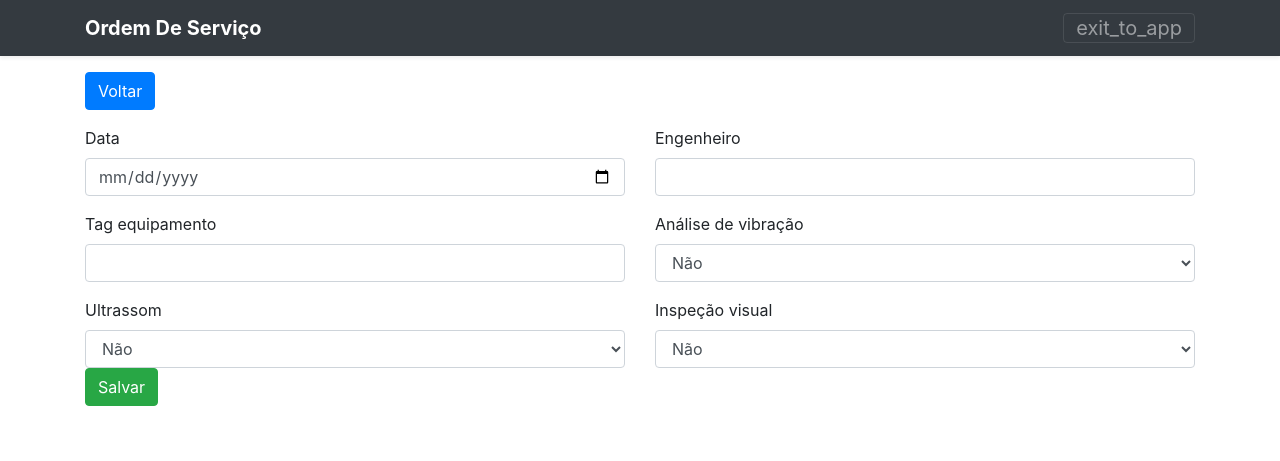
Repository: rodrigogermano/PGPARQ01C1.2N.P1.JAVA
Page: http://localhost/AppManutencaoMVC/WEB-INF/jsp/ordemdeservico/preditiva.jsp
An editor plug-in stored every save of this project. The page is shown before and after the next save, followed by the edit.
The browser window is 1280 px wide. The pictures show the whole page.
The page is served by Tomcat 9. Nobody is signed in. Other server files are loaded and not shown. The template is opened directly, without the code that normally fills it, so the values that code supplies are empty.

Above is the page before, as saved 2020-04-12 20:20:17.

### AppManutencaoMVC/AppManutencaoMVC/src/main/webapp/WEB-INF/jsp/ordemdeservico/preditiva.jsp
<%@ page language="java" contentType="text/html; charset=ISO-8859-1"
    pageEncoding="ISO-8859-1"%>
<%@ taglib prefix="spring" uri="http://www.springframework.org/tags"%>
<%@ taglib prefix='c' uri='http://java.sun.com/jsp/jstl/core' %>

<jsp:include page='../master/header.jsp'></jsp:include>
<jsp:include page='../master/menu.jsp'></jsp:include>

<div class="container mt-3">

	<div class="btn-toolbar" role="toolbar" aria-label="Toolbar with button groups">
		<a href="/solicitacao/${solicitacao.getId()}/detalhe">
			<div class="btn-group mb-3" role="group" aria-label="Third group">
		    	<button type="button" class="btn btn-primary">Voltar</button>
		  	</div>
	  	</a>
	</div>

	<form method="post" action="/solicitacao/preditiva">
		<input type="hidden" class="form-control" name="solicitacaoId" value="${solicitacao.getId()}">

		<div class="row">
			<div class="col-6">
				<div class="form-group">
			    	<label>Data</label>
			    	<input type="date" class="form-control" name="data">
			  	</div>
			</div>
			<div class="col-6">
				<div class="form-group">
			    	<label>Engenheiro</label>
			    	<input type="text" class="form-control" name="engenheiro">
			  	</div>
			</div>
		</div>

		<div class="row">
			<div class="col-6">
				<div class="form-group">
			    	<label>Tag equipamento</label>
			    	<input type="text" class="form-control" name="tagEquipamento">
			  	</div>
			</div>
			<div class="col-6">
				<div class="form-group">
			    	<label>Análise de vibração</label>
			    	<select class="form-control" name="analiseDeVibracao">
				      <option value="false" selected>Não</option>
				      <option value="true">Sim</option>
				    </select>
			  	</div>
			</div>
		</div>

		<div class="row">
			<div class="col-6">
				<label>Ultrassom</label>
				<select class="form-control" name="ultrassom">
			      <option value="false" selected>Não</option>
			      <option value="true">Sim</option>
			    </select>
			</div>
			<div class="col-6">
				<label>Inspeção visual</label>
				<select class="form-control" name="inspecaoVisual">
			      <option value="false" selected>Não</option>
			      <option value="true">Sim</option>
			    </select>
			</div>
		</div>

	  	<button type="submit" class="btn btn-success">Salvar</button>
	</form>


</div>
<jsp:include page='../master/footer.jsp'></jsp:include>

### AppManutencaoMVC/AppManutencaoMVC/src/main/webapp/WEB-INF/jsp/master/header.jsp
<%@ page language="java" contentType="text/html; charset=ISO-8859-1"
    pageEncoding="ISO-8859-1"%>
<%@ taglib prefix="spring" uri="http://www.springframework.org/tags"%>

<spring:url var="img" value="/resources/images"/>
<spring:url var="css" value="/resources/css"/>

<!DOCTYPE html>
<html>
<head>
<meta charset="ISO-8859-1">
<meta name="viewport" content="width=device-width, initial-scale=1, shrink-to-fit=no">
<link rel="stylesheet" href="https://stackpath.bootstrapcdn.com/bootstrap/4.4.1/css/bootstrap.min.css" integrity="sha384-Vkoo8x4CGsO3+Hhxv8T/Q5PaXtkKtu6ug5TOeNV6gBiFeWPGFN9MuhOf23Q9Ifjh" crossorigin="anonymous">
<link href="https://fonts.googleapis.com/icon?family=Material+Icons"
      rel="stylesheet">
<link rel='shortcut icon' type='image/x-icon' href='${img}/favicon.ico' />
<title>Infnet - Ordem de serviço</title>
</head>
<body>

### AppManutencaoMVC/AppManutencaoMVC/src/main/webapp/WEB-INF/jsp/master/menu.jsp
<%@ page language="java" contentType="text/html; charset=ISO-8859-1"
    pageEncoding="ISO-8859-1"%>
<header>
  <div class="navbar navbar-dark bg-dark shadow-sm">
    <div class="container d-flex justify-content-between">
      <a href="/home" class="navbar-brand d-flex align-items-center">
        <strong>Ordem De Serviço</strong>
      </a>
      <a href="/login">
	      <button class="navbar-toggler" type="button">
	        <span class="material-icons">
				exit_to_app
			</span>
	      </button>
      </a>
    </div>
  </div>
</header>

### AppManutencaoMVC/AppManutencaoMVC/src/main/webapp/WEB-INF/jsp/master/footer.jsp
<%@ page language="java" contentType="text/html; charset=ISO-8859-1"
    pageEncoding="ISO-8859-1"%>
<%@ taglib prefix="spring" uri="http://www.springframework.org/tags"%>

<spring:url var="js" value="/resources/js"/>



<script src="${js}/jquery.min.js"></script>
<script src="${js}/popper.min.js"></script>
<script src="${js}/bootstrap.min.js"></script>
</body>
</html>

Loaded but not shown: AppManutencaoMVC/AppManutencaoMVC/src/main/resources/static/js/jquery.min.js (library); AppManutencaoMVC/AppManutencaoMVC/src/main/resources/static/js/popper.min.js (library); AppManutencaoMVC/AppManutencaoMVC/src/main/resources/static/js/bootstrap.min.js (library)

After the next save:
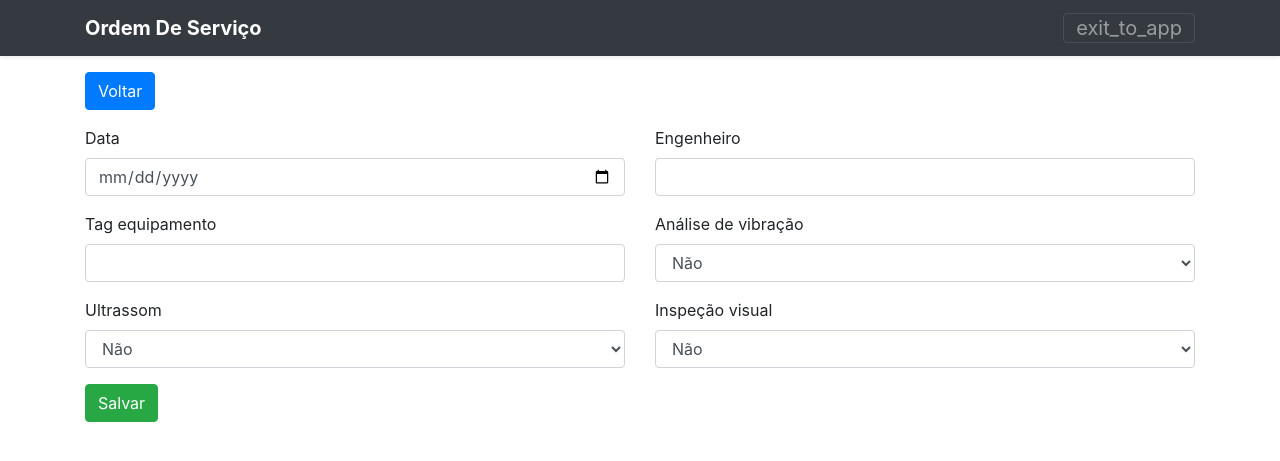
Saved 91 s later.
--- a/AppManutencaoMVC/AppManutencaoMVC/src/main/webapp/WEB-INF/jsp/ordemdeservico/preditiva.jsp
+++ b/AppManutencaoMVC/AppManutencaoMVC/src/main/webapp/WEB-INF/jsp/ordemdeservico/preditiva.jsp
@@ -69,7 +69,7 @@
 			</div>
 		</div>
 
-	  	<button type="submit" class="btn btn-success">Salvar</button>
+	  	<button type="submit" class="btn btn-success mt-3">Salvar</button>
 	</form>
 
 
